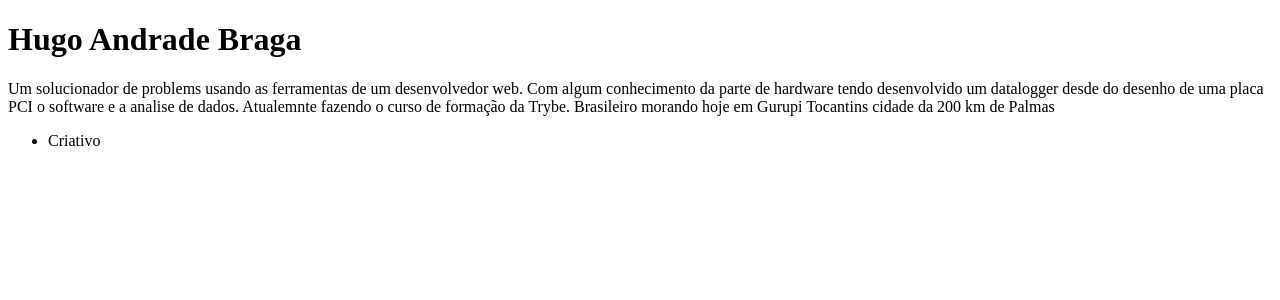
Repository: Hugobrr/trybe-exercises
Page: exercises/3_bloco/2_dia/Portifolio.html
These files come from the project's save history. The page is drawn as it stood at one moment and after the next save; the edit follows.
The browser window is 1280 px wide. The pictures show the whole page.

Above is the page before, as saved 2020-10-20 12:23:37.

After the next save:
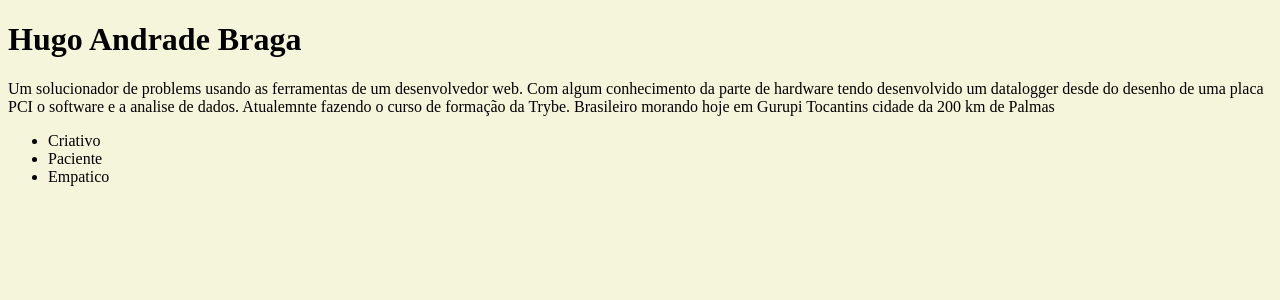
Saved 10 s later.
--- a/exercises/3_bloco/2_dia/Portifolio.html
+++ b/exercises/3_bloco/2_dia/Portifolio.html
@@ -3,14 +3,17 @@
 <head>
     <meta charset="UTF-8">
     <meta name="viewport" content="width=device-width, initial-scale=1.0">
-    <title>Document</title>
+    <title>Hugo Braga</title>
+    <link rel="stylesheet" type="text/css" href="portifolio.css">
+    <link href="https://fonts.googleapis.com/css2?family=Lora:ital,wght@0,400;0,500;0,600;0,700;1,400;1,500;1,600;1,700&display=swap" rel="stylesheet">
 </head>
 <body>
     <H1>Hugo Andrade Braga</H1>
     <p>Um solucionador de problems usando as ferramentas de um desenvolvedor web. Com algum conhecimento  da parte de hardware tendo desenvolvido um datalogger desde do desenho de uma placa PCI o software e a analise de dados. Atualemnte fazendo o curso de formação da Trybe. Brasileiro morando hoje em Gurupi Tocantins cidade da 200 km de Palmas    </p>
     <ul>
         <li>Criativo</li>
-
+        <li>Paciente</li>
+        <li>Empatico</li>
     </ul>
 </body>
 </html>
